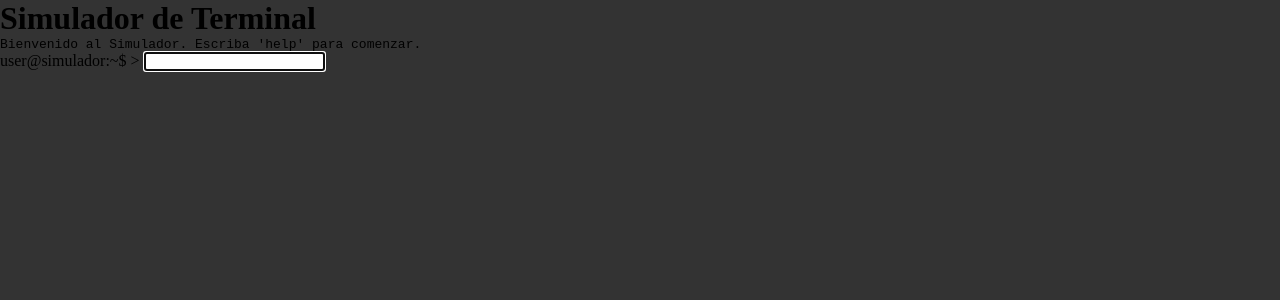
Repository: ValdezGalia/ProgramacionWebUcab
Page: pages/lineaComandos.html
These files come from the project's save history. The page is drawn as it stood at one moment and after the next save; the edit follows.
The browser window is 1280 px wide. The pictures show the whole page.

Above is the page before, as saved 2025-11-13 15:58:48.

After the next save:
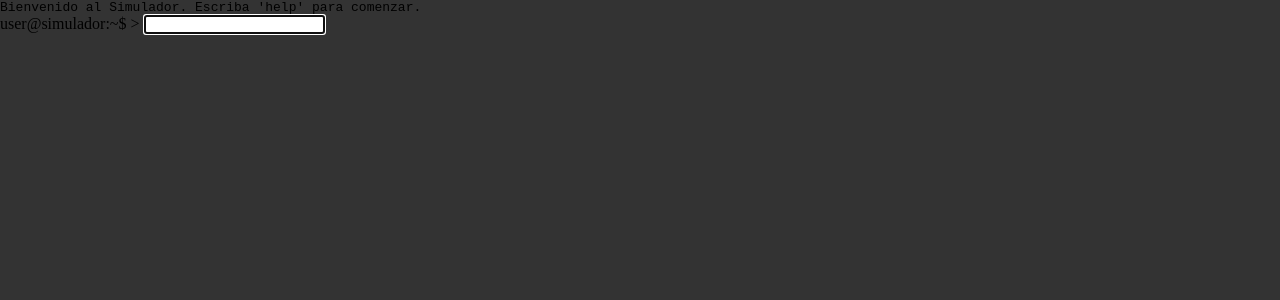
Saved 18 s later.
--- a/pages/lineaComandos.html
+++ b/pages/lineaComandos.html
@@ -8,12 +8,7 @@
     <title>Linea de comandos</title>
 </head>
 <body>
-
-    <header>
-        <h1>Simulador de Terminal</h1>
-    </header>
-
-     <div id="terminal-window">
+    <div id="terminal-window">
         <pre id="terminal-output">Bienvenido al Simulador. Escriba 'help' para comenzar.</pre>
 
         <div id="command-line">
